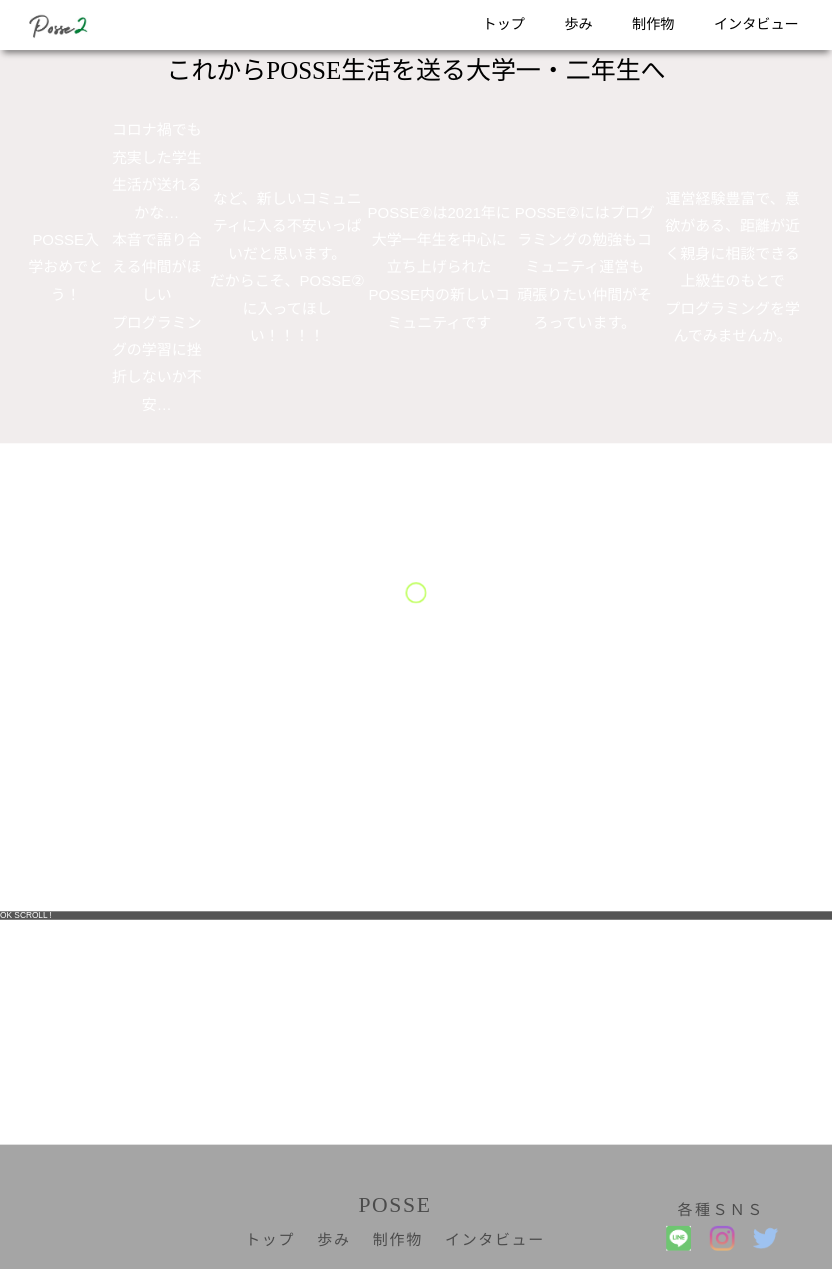
Repository: posse-ap/posse2-hackathon-202202-team2A
Page: topPage/index.html
These files come from the project's save history. The page is drawn as it stood at one moment and after a run of saves; the edit follows.
The browser window is 1280 px wide. The pictures show the whole page, at 65% of full size.
Some web libraries are served in a nearby version.

Above is the page before, as saved 2022-02-15 03:35:26.

### topPage/index.html
<!DOCTYPE html>
<html lang="en">

<head>
    <meta charset="UTF-8" />
    <meta http-equiv="X-UA-Compatible" content="IE=edge" />
    <meta name="viewport" content="width=device-width, initial-scale=1.0" />
    <title>Document</title>
    <link rel="stylesheet" href="/reset.css" />
    <link rel="stylesheet" href="/topPage/style.css" />
</head>

<body>
    <!-- <header id="header" class="header">
        <div class="header_content">
            <div class="header_title">
                <img src="/topPage images/S__31211608.jpg" alt="" class="header_title_img">
            </div>
            <div class="header_links">
                <ul>
                    <li><a href="">トップページ</a></li>
                    <li><a href="">活動記録</a></li>
                    <li><a href="">日常の記録</a></li>
                    <li><a href="">保護者の方へ</a></li>
                </ul>
            </div>
        </div>
    </header> -->

    <header id="header" class="header">
        <div class="header_content">
            <div class="header_title">
                <img src="/topPage images/S__31211608.jpg" alt="" class="header_title_img">
            </div>
            <!-- ①サイトタイトル -->
            <div class="nav-wrapper header_links">
                <!-- ②ナビゲーションメニュー -->
                <nav class="header-nav">
                    <ul class="nav-list">
                        <li class="nav-item">
                            <a href="">トップ</a>
                        </li>
                        <li class="nav-item">
                            <a href="">歩み</a>
                        </li>
                        <li class="nav-item">
                            <a href="">制作物</a>
                        </li>
                        <li class="nav-item">
                            <a href="">インタビュー</a>
                        </li>
                    </ul>
                </nav>
            </div>
            <button class="burger-btn">
                <!-- ③ハンバーガーボタン -->
                <span class="bar bar_top"></span>
                <span class="bar bar_mid"></span>
                <span class="bar bar_bottom"></span>
            </button>
        </div>
    </header>

    <section class="section">
        <div>
            <h2>これからPOSSE生活を送る大学一・二年生へ</h2>
        <p>POSSE入学おめでとう！</p>
        <p>コロナ禍でも充実した学生生活が送れるかな…<br>
            本音で語り合える仲間がほしい<br>
            プログラミングの学習に挫折しないか不安…<br>
            </p>
        <p>など、新しいコミュニティに入る不安いっぱいだと思います。<br>
            だからこそ、POSSE②に入ってほしい！！！！
            </p>
        <p>POSSE②は2021年に大学一年生を中心に立ち上げられた<br>POSSE内の新しいコミュニティです</p>
        <p> POSSE②にはプログラミングの勉強もコミュニティ運営も<br>頑張りたい仲間がそろっています。</p>
        <p>運営経験豊富で、意欲がある、距離が近く親身に相談できる上級生のもとで<br>プログラミングを学んでみませんか。</p>
        </div>
    </section>

    <section class="section2">
        <p>SCROLL DOWN CSS</p>
        <a href="#" class="scroll-down" address="true"></a>
        </section>
        <section class="ok">
        <p>OK SCROLL !</p>
    </section>


    <footer class="footer">
        <div class='footer_box'>
            <div class="footer_box1">
                <div class='footer_official_box'>
                    <label for="logo"><p>POSSE</p></label>
                    <!-- <a id='logo'  href="https://posse.anti-pattern.co.jp/"><img class='posse_logo_footer' src="img\posseLogo.png" alt="ポッセロゴ"></a> -->
                </div>
                <div class='footer_other_box'>
                    <div class='footer_page_in_site'>
                        <a href="">トップ</a>
                        <a href="">歩み</a>
                        <a href="">制作物</a>
                        <a href="">インタビュー</a>
                    </div>
                </div>
            </div>
            <div class='SNS'>
                <p>各種ＳＮＳ</p>
                <div class='SNS_box'>
                    <a href=""><img src="/topPage images/LINE.png" alt=""></a>
                    <a href="https://instagram.com/posse_programming?utm_medium=copy_link"><img src="/topPage images/instagram2.png" alt="instagram"></a>
                    <a href="https://twitter.com/posse_program?s=20"><img src="/topPage images/twitter2.png" alt="twitter"></a>
                </div>
            </div>
        </div>
    </footer>

    <script src="//ajax.googleapis.com/ajax/libs/jquery/1.10.2/jquery.min.js"></script>
    <script src="https://ajax.googleapis.com/ajax/libs/jquery/3.6.0/jquery.min.js"></script>
    <script src="/topPage/script.js"></script>
</body>

</html>

### topPage/style.css
html {
    font-size: 1vw;
}

body {
    text-align: center;
    margin: 0 auto;
    font-family: "ヒラギノ丸ゴ Pro W4", "ヒラギノ丸ゴ Pro", "Hiragino Maru Gothic Pro", "ヒラギノ角ゴ Pro W3", "Hiragino Kaku Gothic Pro", "HG丸ｺﾞｼｯｸM-PRO", "HGMaruGothicMPRO";
}

/* 下にスクロールするボタン関連 */
*,
:after,
:before {
    box-sizing: border-box;
    margin: 0;
    padding: 0;
}

.section2 {
    height: 100vh;
    width: 100%;
    /* display: table; */

}

section.ok {
    background-color: #555;
}

section p {
    color: white;
    font-family: arial;
    display: table-cell;
    text-align: center;
    vertical-align: middle;
}

.scroll-down {
    opacity: 1;
    -webkit-transition: all .5s ease-in 3s;
    transition: all .5s ease-in 3s;
}

.scroll-down {
    position: absolute;
    left: 50%;
    top: 70rem;
    margin-left: -16px;
    display: block;
    width: 32px;
    height: 32px;
    border: 2px solid greenyellow;
    background-size: 14px auto;
    border-radius: 50%;
    z-index: 2;
    -webkit-animation: bounce 2s infinite 2s;
    animation: bounce 2s infinite 2s;
    -webkit-transition: all .2s ease-in;
    transition: all .2s ease-in;
    transform: scale(1)
}

.scroll-down:before {
    position: absolute;
    top: calc(50% - 8px);
    left: calc(50% - 6px);
    transform: rotate(-45deg);
    display: block;
    width: 12px;
    height: 12px;
    content: "";
    border: 2px solid white;
    border-width: 0px 0 2px 2px;
}

@keyframes bounce {

    0%,
    100%,
    20%,
    50%,
    80% {
        -webkit-transform: translateY(0);
        -ms-transform: translateY(0);
        transform: translateY(0);
    }

    40% {
        -webkit-transform: translateY(-10px);
        -ms-transform: translateY(-10px);
        transform: translateY(-10px);
    }

    60% {
        -webkit-transform: translateY(-5px);
        -ms-transform: translateY(-5px);
        transform: translateY(-5px);
    }
}

.updown {
    animation-name:updown1;   /* アニメーション名の指定 */
    animation-delay:0s;   /* アニメーションの開始時間指定 */
    animation-duration: 3s;   /* アニメーション動作時間の指定 */
    animation-timing-function: ease-in-out;  /* アニメーションの動き指定（徐々に早く）*/
    animation-iteration-count: infinite;
}

@keyframes updown1 {
  0% {
    transform: translateY(0);
  }
  50% {
    transform: translateY(-20px);
  }
  100% {
    transform: translateY(0);
  }
}


.header_content {
    width: 95%;
    height: 90%;
    display: flex;
    justify-content: space-between;
    opacity: 1;
    margin: 0 6rem 0.3rem 1rem;
}

.header_title {
    display: flex;
}

.header_title_img {
    display: block;
    width: 12rem;
    height: 4rem;
    opacity: 1;
}



.header_links {
    width: 40%;
    padding: 1rem 0 0 0;
}

.header_links ul {
    display: flex;
    justify-content: space-between;
}

.header_links li a {
    display: block;
    color: black;
    text-decoration: none;
    font-size: 1.7rem;
}

.header_links li a:hover {
    opacity: 0.4;
    transform: translate(0, -5px);
}


.header {
    width: 100%;
    height: 6rem;
    background: white;
    position: fixed;
    top: 0;
    left: 0;
    padding-top: 1.1rem;
    box-sizing: border-box;
    z-index: 5;
    box-shadow: 0px 10px 10px -5px rgba(0, 0, 0, 0.5);
}

.SNS_box{
    width: 150%;
}


/* -------------------- */
/* header
  /* -------------------- */
/* .header {
    align-items: center;
    background-color: #1b1310;
    border-bottom: 1px solid #fff;
    color: #fff;
    display: flex;
    height: 74px;
    justify-content: space-between;
    padding: 0 120px;
} */

/* .nav-list {

    display: flex;
} */

/* .nav-item {

    margin-right: 55px;
} */

.burger-btn {
    display: none;
}

/* ------------------ */
/* fv
  /* ------------------ */
.fv {
    align-items: center;
    background-color: #141414;
    background-image: url(../img/fv-bgi@2x.jpg);
    background-position: center;
    background-size: cover;
    display: flex;
    flex-direction: column;
    height: 90vh;
    justify-content: center;
}

/* .main-copy {
    border: 2px solid #fff;
    color: #fff;
    font-size: 50px;
    font-weight: bold;
    padding: 34px 42px;
} */

/* ------------------ */
/* about
  /* ------------------ */
.section-title {
    font-size: 36px;
    font-weight: bold;
    letter-spacing: .05em;
    margin-bottom: 70px;
    text-align: center;
}

h3 {
    font-size: 2.4rem;
    font-weight: bold;
    letter-spacing: .1em;
    line-height: 2;
    margin-bottom: 40px;
}

.section-wrapper {
    padding: 100px 10% 50px;
}

@media screen and (min-width:541px) and (max-width:1024px) {
    .header{
        height: 10rem;
    }

    .header_content{
        padding-top: 2rem;
    }

    .header_title_img{
        width: 100%;
        height: 70%;
    }

    .header_links li a{
        font-size: 2.7rem;
        margin-top: 0;
    }

    .header_links{
        width: 50%;
    }
}

@media screen and (max-width:540px) {

    /* ----------------------- */
    /* base_sp
    /* ----------------------- */
    /* デフォルトのbuttonスタイルをリセット */
    button {
        -webkit-appearance: none;
        -moz-appearance: none;
        appearance: none;
        background: transparent;
        border: 0;
        border-radius: 0;
        color: inherit;
        cursor: pointer;
        font: inherit;
        margin: 0;
        outline: none;
        padding: 0;
        vertical-align: middle;
    }

    /* ------------------ */
    /* humberger-menu */
    /* ------------------ */
    .header {
        padding: 0;
        height: 15rem;
    }

    .header_title_img{
        margin-top: 2rem;
        width: 30rem;
        height: 10rem;
    }

    /* 以下、ハンバーガーボタン */
    .burger-btn {
        display: block;
        height: 22%;
        position: relative;
        width: 20%;
        z-index: 3;
        /* codepenの挙動のため */
        background-color: transparent;
        border: none;
        margin-top: 6rem;
    }



    .bar {
        background-color: black;
        display: block;
        height: 0.1rem;
        left: 50%;
        position: absolute;
        transform: translateX(-50%);
        width: 7rem;
    }

    .bar_top {
        top: 3rem;
    }

    .bar_mid {
        top: 50%;
        transform: translate(-50%, -50%);
    }

    .bar_bottom {
        bottom: 3rem;
    }

    .burger-btn.close{
        margin-top: 8.4rem;
    }

    .burger-btn.close .bar_top {
        transform: translate(-50%,-4.3rem) rotate(45deg);
        transition: transform .3s;
    }

    .burger-btn.close .bar_mid {
        opacity: 0;
        transition: opacity .3s;
    }

    .burger-btn.close .bar_bottom {
        transform: translate(-50%, -1rem) rotate(-45deg);
        transition: transform .3s;
    }

    /* スクロール制御 */
    .noscroll {
        overflow: hidden;
    }

    /* 以下、ハンバーガーメニュー */
    .nav-wrapper {
        visibility: hidden;
        height: 100vh;
        left: 0;
        position: fixed;
        top: 0;
        width: 100vw;
        opacity: 0;
        transition: opacity .5s;
        z-index: 2;
        /*キービジュアルと.btn_triggerとの重なりの前後関係を調整*/
    }

    .header-nav {
        background-color: white;
        height: 100%;
        width: 100%;
        z-index: 2;
    }

    .header_links ul{
        display: block;
    }

    .nav-list {
        display: block;
        left: 50%;
        position: absolute;
        text-align: center;
        top: 50%;
        transform: translate(-50%, -50%);
    }

    .nav-item {
        margin-bottom: 40px;
        margin-right: 0;
    }

    .header_links li a{
        font-size: 5rem;
    }

    /* メニューオープン時 */
    .nav-wrapper.fade {
        opacity: 1;
        visibility: visible;
    }

    /* ------------------ */
    /* fv */
    /* ------------------ */
    .main-copy {
        font-size: 30px;
    }

    /* ------------------ */
    /* about */
    /* ------------------ */
    h3 {
        font-size: 20px;
        margin-bottom: 30px;
    }

    .section-wrapper {
        padding: 100px 5% 50px;
    }
}

/* ふったー */
.footer {
    background-color: grey;
    opacity: 0.7;
}

.footer_box {
    width: 65%;
    height: 15rem;
    display: flex;
    justify-content: space-around;
    padding: 6rem 0 0 0;
    position: relative;
    right: -23%;
    margin-top: 27rem;
}

.footer_official_box label p {
    color: black;
    font-size: 2.6rem;
    letter-spacing: 0.2rem;
}

.footer_official_box label p:hover {
    opacity: 0.4;
    transform: translate(0, -5px);
}

.footer_page_in_site a {
    color: black;
    text-decoration: none;
    font-size: 1.8rem;
    letter-spacing: 0.2rem;
}

.footer_page_in_site a:hover {
    opacity: 0.4;
    transform: translate(0, -5px);
}

.SNS {
    width: 14%;
}

.SNS_box a {
    margin: 1rem;
}

.SNS_box a img {
    width: 3rem;
    height: 3rem;
}

.SNS_box a :hover {
    opacity: 0.4;
    transform: translate(0, -5px);
}

.SNS p {
    color: black;
    font-size: 1.8rem;
    margin: 1rem 0;
    margin-left: 6rem;
    letter-spacing: 0.3rem;
    white-space: nowrap;
}

/* .SNS p:hover {
    opacity: 0.4;
    transform: translate(0, -5px);
} */

.posse_logo_footer {
    width: 80%;
    height: 40%;
}

.footer_other_box {
    font-size: 1.5rem;
    letter-spacing: 0.3rem;
    margin: 2rem;
}

.footer_page_in_site a {
    margin: 0 1rem;
}

.SNS_box{width: 250%;}

@media screen and (min-width:541px) and (max-width:1024px) {
    .footer{
        height: 30rem;
    }

    .footer_official_box label p{
        font-size: 7rem;
    }

    .SNS p{
        display: block;
        margin-left: 0;
        margin: 3rem auto;
        font-size: 3rem;
        white-space: nowrap;
    }

    .footer_page_in_site a{
        font-size: 3rem;
    }

    .footer_box{
        width: 75%;
        display: block;
        right: -13%;
    }

    .SNS{
        margin: 0 auto;
        width: 100%;
    }

    .SNS_box{
        width: 100%;
    }


    .footer_official_box label p{
        font-size: 4rem;
    }

    .SNS_box a img {
        width: 5rem;
        height: 5rem;
    }
}


@media screen and (max-width:540px) {
    .footer_box {
        display: block;
        height: 20rem;
        margin:  20rem 0;
        right: -5%;
        width: 90%;
    }

    .footer_official_box label p{
        font-size: 10rem;
    }

    .footer_page_in_site a{
        font-size: 5rem;
        display: block;
    }

    .footer_page_in_site{
        display: block;
        line-height: 7rem;
    }

    .footer{
        height: 70rem;
    }

    .SNS{
        margin: 0 auto;
        width: 100%;
    }

    .SNS p{
        margin-left: 0;
        display: block;
        width: 50rem;
        margin: 3rem auto;
        font-size: 7rem;
        white-space: nowrap
    }

    .SNS_box{
        width: 100%;
    }

    .SNS_box a img {
        width: 7rem;
        height: 7rem;
    }
}

.section div {
    background-color: rgb(241, 237, 237);
    padding: 3rem;
}

.section div h2 {
    font-size: 3rem;
    margin: 4rem;
}

.section div p {
    font-size: 1.8rem;
    margin: 3rem;
    line-height: 3.3rem;
}

.section2 {
    padding: 7rem 0;
}

.highlight {
    background: linear-gradient(transparent 50%, #f6ff5f 80%);
}

### topPage/script.js
$('.burger-btn').on('click', function () {//.btn_triggerをクリックすると
    $('.burger-btn').toggleClass('close');//.btn_triggerにcloseクラスを付与(ボタンのアニメーション)
    $('.nav-wrapper').toggleClass('fade');//.nav-wrapperに
    $('body').toggleClass('noscroll');//bodyにnoscrollクラスを付与(スクロールを固定)
});

$(function () {
    var setImg = '#mainImg';
    var fadeSpeed = 1500;
    var switchDelay = 5000;

    $(setImg).children('img').css({ opacity: '0' });
    $(setImg + ' img:first').stop().animate({ opacity: '1', zIndex: '20' }, fadeSpeed);

    setInterval(function () {
        $(setImg + ' :first-child').animate({ opacity: '0' }, fadeSpeed).next('img').animate({ opacity: '1' }, fadeSpeed).end().appendTo(setImg);
    }, switchDelay);
});

$(function () {
    $('.scroll-down').click(function () {
        $('html, body').animate({ scrollTop: $('section.ok').offset().top }, 'slow');
        return false;
    });
});

Loaded but not shown: reset.css (common file)

After the next 2 saves:
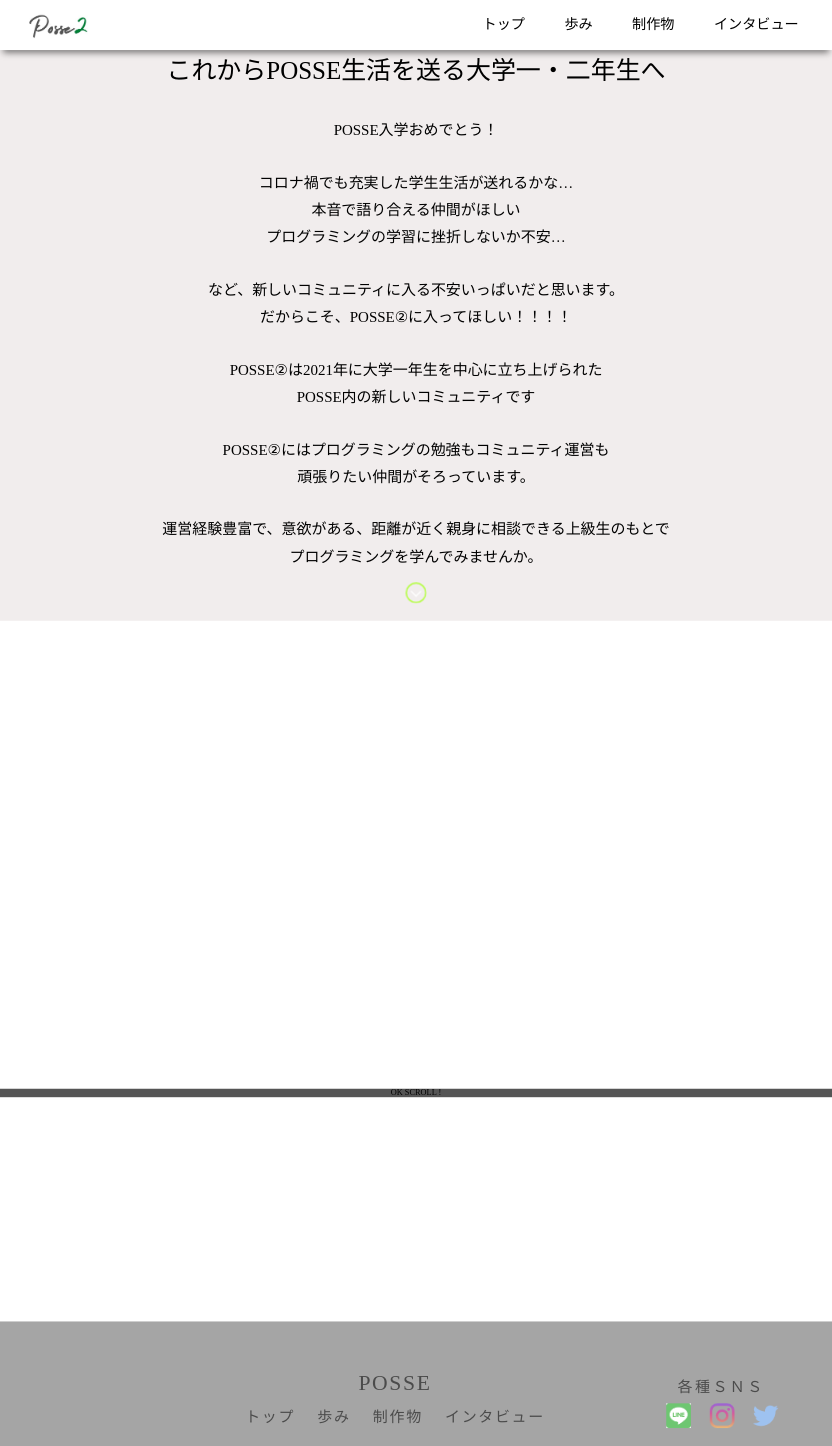
The 2 saves are shown as one change because they came seconds apart.
The last was saved 5 s later.
--- a/topPage/style.css
+++ b/topPage/style.css
@@ -28,7 +28,7 @@ section.ok {
     background-color: #555;
 }
 
-section p {
+.section2 p {
     color: white;
     font-family: arial;
     display: table-cell;
